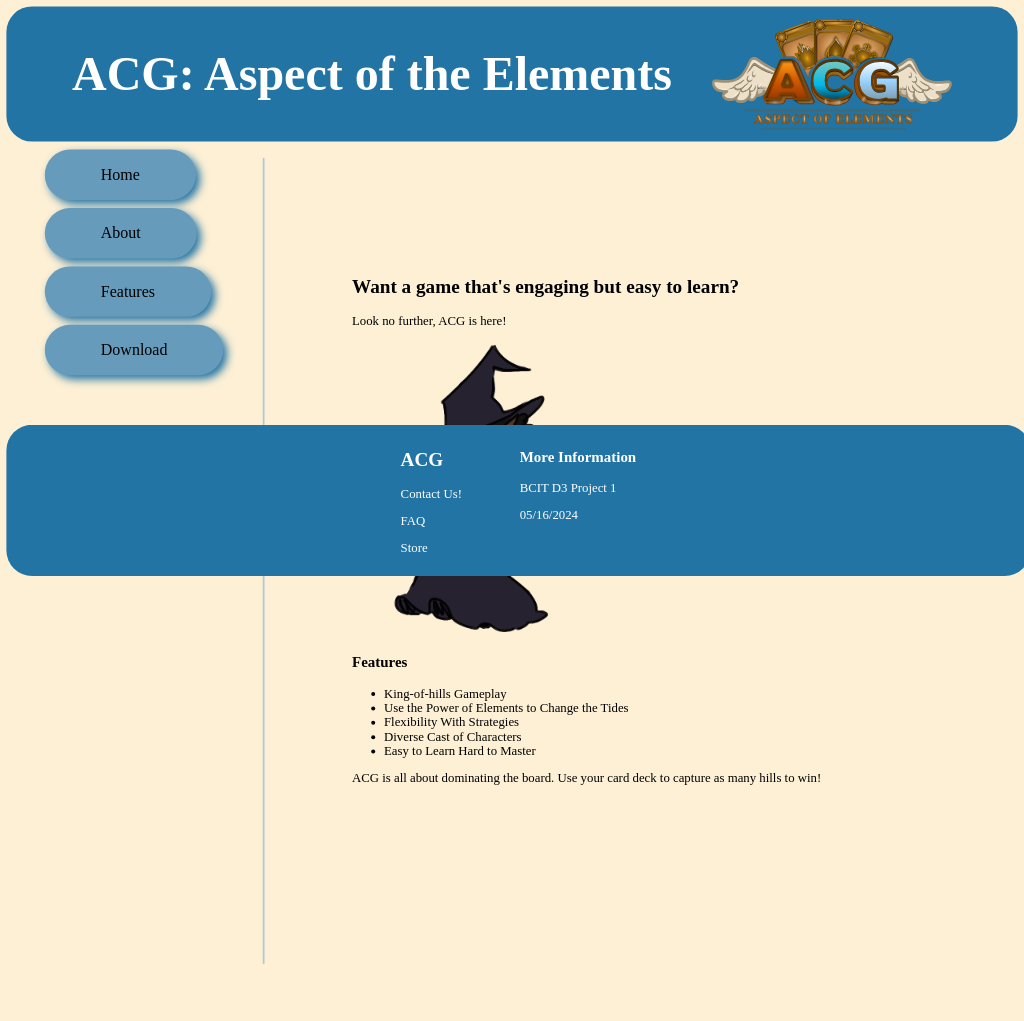
Repository: Delukalgh/ACG
Page: features.html
An editor plug-in stored every save of this project. The page is shown before and after the next save, followed by the edit.
The browser window is 1280 px wide. The pictures show the whole page, at 80% of full size.

Above is the page before, as saved 2024-05-16 09:37:16.

### features.html
<!DOCTYPE html>
<html lang="en">

<head>
  <meta charset="UTF-8">
  <meta name="viewport" content="width=device-width, initial-scale=1.0">
  <meta http-equiv="X-UA-Compatible" content="ie=edge">
  <title>ACG Home Page</title>
  <link rel="stylesheet" href="features-style.css">
</head>

<body>
  <script src="index.js"></script>
  <div class="main-container">
    <div class="header-container">
      <h1 class="acg-header">ACG: Aspect of the Elements</h1>
      <img class="acg-logo" src="images/ACG-Logo.svg" alt="acg logo" style="width: 300px;" />
    </div>
    <div class="vertical-line"></div>

    <!--Side Menu-->
    <div class="buttons-container">
      <div class="button">
        <a class="link" href="index.html">
          <button class="about-page">Home</button>
        </a>
      </div>
      <div class="button">
        <a class="link" href="about.html">
          <button class="about-page">About</button>
        </a>
      </div>
      <div class="button">
        <a class="link" href="features.html">
          <button class="about-page">Features</button>
        </a>
      </div>
      <div class="button">
        <a class="link" href="download.html">
          <button class="about-page">Download</button>
        </a>
      </div>
    </div>

    <!--Content-->
    <div class="features-container">
      <div class="content">
        <h2>Want a game that's engaging but easy to learn?</h2>
        <p>Look no further, ACG is here!</p>
        <img src="images/IllustrationWitchGirl.png" width="300px"/>

        <h3>Features</h3>
        <ul>
          <li>King-of-hills Gameplay</li>
          <li>Use the Power of Elements to Change the Tides</li>
          <li>Flexibility With Strategies</li>
          <li>Diverse Cast of Characters</li>
          <li>Easy to Learn Hard to Master</li>
        </ul>

        <p>ACG is all about dominating the board. Use your card deck to capture as many hills to win!</p>
      </div>
    </div>

    <!--Footer-->
    <div class="footer-container">
      <div class="footer-group-1">
        <h2>ACG</h2>
        <p>Contact Us!</p>
        <p>FAQ</p>
        <p>Store</p>
      </div>

      <div class="footer-group-2">
        <h3>More Information</h3>
        <p>BCIT D3 Project 1</p>
        <p>05/16/2024</p>
      </div>
    </div>
  </div>
</body>

</html>

### features-style.css
body {
    background-color: #FDF0D5;
  }

  .main-container {
    position: relative;
    min-height: 100vh;
  }
  .header-container {
    display: flex;
    background-color: #2274A5;
    padding: 10px;
    justify-content: center;
    border-radius: 32px;
  }


  .acg-header {
    color: white;
    font-family: cursive;
    font-size: 60px;
  }

  .acg-logo {
    display: flex;
    margin-left: 50px;
  }

  .vertical-line {
    border-left: 3px solid #B3C5D7;
    height: 63em;
    position:absolute;
    margin-left: 20em;
    border-radius: 32px;
    margin-top: 20px;
  }
  .buttons-container {
    width: fit-content;
  }
  .button {
    display: flex;
    justify-content: center;
    margin-top: 10px;
    justify-content: left;
    margin-left: 3em;
  }

  .about-page {
    display: flex;
    background-color: #669BBC;
    padding: 20px 70px;
    border-radius: 32px;
    border: none;
    font-size: 20px;
    font-family: cursive;
    box-shadow: 5px 5px 10px #2274A5;
    cursor: pointer;
  }

  .link {
    text-decoration: none;
  }

  .footer-container {
    position: fixed;
    bottom: 0;
    width: 100%;
    background-color: #2274A5;
    padding: 10px;
    display: flex;
    justify-content: center;
    color: white;
    font-family: cursive;
    z-index: 999;
    box-sizing: border-box;
    border-radius: 32px;
    margin: 0 auto;
}

  .footer-group-1 {
  margin-right: 10vh;
  height: 100%;
  }

  .features-container {
    margin-left: 60vh;
    position:relative;
    margin-top: -20vh;
  }

  .content {
      font-family: cursive;
  }

Loaded but not shown: index.js (no stored copy; drawn as an empty file)

After the next save:
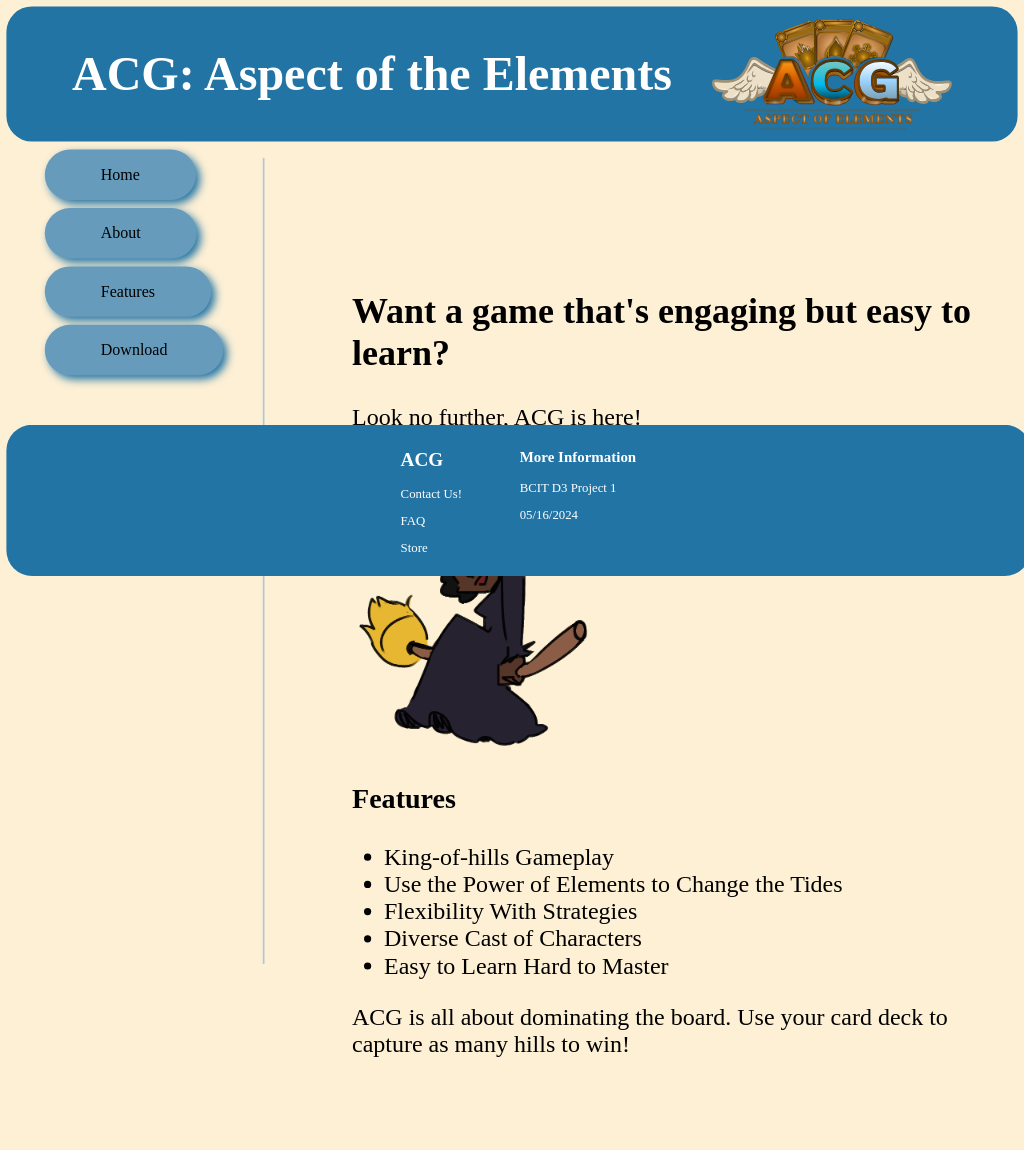
Saved 28 s later.
--- a/features-style.css
+++ b/features-style.css
@@ -86,6 +86,7 @@ body {
     margin-left: 60vh;
     position:relative;
     margin-top: -20vh;
+    font-size: 30px;
   }
 
   .content {
